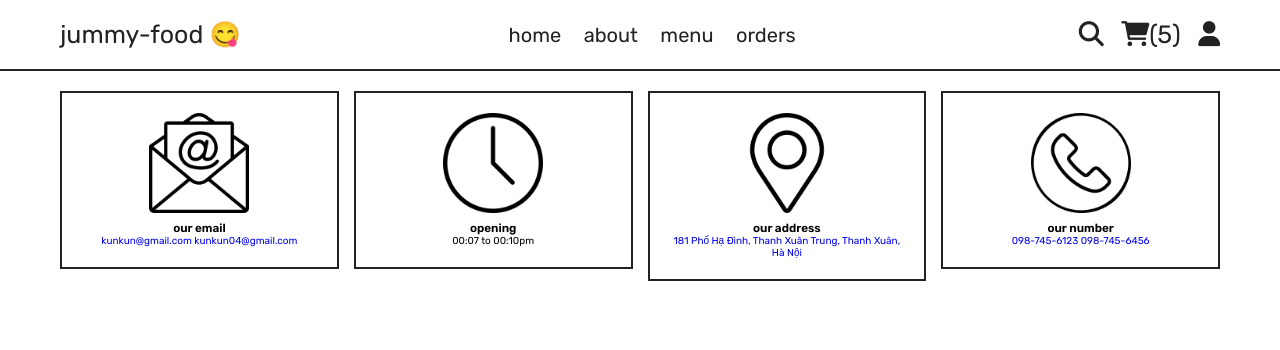
Repository: VuongLinhDinh/jummy_food
Page: home.html
An editor plug-in stored every save of this project. The page is shown before and after the next save, followed by the edit.
The browser window is 1280 px wide. The pictures show the whole page.
Some web libraries are served in a nearby version.

Above is the page before, as saved 2023-11-07 15:57:19.

### home.html
<!DOCTYPE html>
<html lang="en">
<head>
    <meta charset="UTF-8">
    <meta name="viewport" content="width=device-width, initial-scale=1.0">
    <title>Home</title>
    <!-- font awesome cdn link -->
    <link rel="stylesheet" href="https://cdnjs.cloudflare.com/ajax/libs/font-awesome/6.1.1/css/all.min.css">
    <!-- custom css -->
    <link rel="stylesheet" href="./css/style.css">
</head>
<body>
    <!-- header section starts  -->
    <header class="header">
        <section class="flex">
            <a href="home.html" class="logo">jummy-food 😋</a>
            <nav class="navbar">
                <a href="home.html">home</a>
                <a href="about.html">about</a>
                <a href="menu.html">menu</a>
                <a href="orders.html">orders</a>
            </nav>
            <div class="icons">
                <a href="search.html"><i class="fas fa-search"></i></a>
                <a href="cart.html"><i class="fas fa-shopping-cart"></i><span>(5)</span></a>
                <div id="user-btn" class="fas fa-user"></div>
                <div id="menu-btn" class="fas fa-bars"></div>
            </div>
            <div class="profile">
                <p class="name">Kun Aquero</p>
                <div class="flex">
                    <a href="profile.html" class="btn">profile</a>
                    <a href="#" class="delete-btn">logout</a>
                </div>
                <p class="account"><a href="login.html">login</a> or <a href="login.html">register</a></p>
            </div>
        </section>
    </header>
    <!-- header section end  -->
    <!-- footer section starts  -->
    <footer class="footer">
        <section class="grid">
            <div class="box">
                <img src="images/email-icon.png" alt="">
                <h3>our email</h3>
                <a href="mailto:kunkun@gmail.com">kunkun@gmail.com</a>
                <a href="mailto:kun04@gmail.com">kunkun04@gmail.com</a>
            </div>

            <div class="box">
                <img src="images/clock-icon.png" alt="">
                <h3>opening</h3>
                <p>00:07 to 00:10pm</p>
            </div>

            <div class="box">
                <img src="images/map-icon.png" alt="">
                <h3>our address</h3>
                <a href="#">181 Phố Hạ Đình, Thanh Xuân Trung, Thanh Xuân, Hà Nội</a>
            </div>

            <div class="box">
                <img src="images/phone-icon.png" alt="">
                <h3>our number</h3>
                <a href="tel:0987456123">098-745-6123</a>
                <a href="tel:0987456456">098-745-6456</a>
            </div>
        </section>
    </footer>
    <!-- footer section end  -->
    <!-- custom js file -->
    <script src="./js/script.js"></script>
</body>
</html>

### css/style.css
@import url('https://fonts.googleapis.com/css2?family=Nunito:wght@200;300;400;600;700&family=Rubik:wght@300;400;500;600&display=swap');
:root {
    --yellow: #fed330;
    --red: #e74c3c;
    --white: #fff;
    --black: #222;
    --light-color: #777;
    --border: .2rem solid var(--black);
}
*{
    font-family: 'Rubik', sans-serif;
    margin: 0; padding: 0;
    box-sizing: border-box;
    outline: none; border: none;
    text-decoration: none;
}
*::selection {
    background-color: var(--yellow);
    color: var(--white);
}
::-webkit-scrollbar {
    height: 0.5rem;
    width: 1rem;
}
::-webkit-scrollbar-track {
    background-color: transparent;
}
::-webkit-scrollbar-thumb {
    background-color: var(--yellow);
}
html {
    font-size:  62.5%;
    overflow-x: hidden;
    scroll-behavior: smooth;
    stop-opacity: 7rem;
}
section {
    margin: 0 auto;
    max-width: 1200px;
    padding: 2rem;
}
.btn, .delete-btn {
    margin-top: 1rem;
    display: inline-block;
    font-size: 2rem;
    padding: 1rem 3rem;
    opacity: .6;
    cursor: pointer;
}
.btn:hover, .delete-btn:hover {
    /* letter-spacing: .2rem; */
    transition:  .2s linear;
    opacity: 1;
}
.btn {
    background-color: var(--yellow);
    color: var(--black);
}
.delete-btn {
    background-color: var(--red);
    color: var(--white);
}
.header {
    position: sticky;
    top: 0; left: 0; right: 0;
    z-index: 1000;
    background-color: var(--white);
    border-bottom: var(--border);
}
.header .flex {
    display: flex;
    align-items: center;
    justify-content: space-between;
    position: relative;
}
.header .flex .logo {
    font-size: 2.5rem;
    color: var(--black);
}
.header .flex .navbar a {
    font-size: 2rem;
    color: var(--black);
    margin: 0 1rem;

}
.header .flex .navbar a:hover {
    color: var(--yellow);
    text-decoration: underline;
}
.header .flex .icons > * {
    margin-left: 1.5rem;
    font-size: 2.5rem;
    color: var(--black);
    cursor: pointer;
}
.header .flex .icons > *:hover {
    color: var(--yellow);
}
#menu-btn {
    display: none;
}
.header .flex .profile {
    background-color: var(--white);
    border: var(--border);
    padding: 1.5rem;
    text-align: center;
    position: absolute;
    top: 125%; right: 2rem;
    width: 30rem;
    display: none;
    animation: fadeIn .2s linear;
}
.header .flex .profile.active {
    display: block;
}
@keyframes fadeIn {
    0% {
        transform: translateY(1rem);
    }
}
.header .flex .profile .name {
    font-size: 2rem;
    color: var(--black);
    margin-bottom: 1rem;
}
.header .flex .profile .account {
    margin-top: 1rem;
    font-size: 2rem;
    color: var(--light-color);
}
.header .flex .profile .account a {
    color: var(--black);
}
.header .flex .profile .account a:hover {
    color: var(--yellow);
    text-decoration: underline;
}












































.footer .grid {
    display: grid;
    grid-template-columns: repeat(auto-fit, minmax(27rem, 1fr));
    gap: 1.5rem;
    align-items: flex-start;
}
.footer .grid .box {
    border: var(--border);
    padding: 2rem;
    text-align: center;
}
.footer .grid .box img {
    height: 10rem;
    width: 100%;
    object-fit: contain;
    margin-bottom: .5rem;
}

/* media query  */
@media (max-width: 991px) {
    html {
        font-size: 55%;
    }
}
@media (max-width: 768px) {
    #menu-btn {
        display: inline-block;
    }
    .header .flex .navbar {
        position: absolute;
        top: 99%; left: 0; right: 0;
        border-top: var(--border);
        border-bottom: var(--border);
        background-color: var(--white);
        transition:  .2s linear;
        clip-path: polygon(0 0, 100% 0, 100% 0, 0 0);
    }
    .header .flex .navbar a {
        display: block;
        margin: 2rem;
    }
    .header .flex .navbar.active {
        clip-path: polygon(0 0, 100% 0, 100% 100%, 0 100%);
    }
}
@media (max-width: 450px) {
    html {
        font-size: 50%;
    }
    .header .flex .logo {
        font-size: 2rem;

    }
}

### js/script.js
navbar = document.querySelector('.header .flex .navbar');
document.querySelector('#menu-btn').onclick = () => {
    navbar.classList.toggle('active');
    profile.classList.remove('active');
}
profile = document.querySelector('.header .flex .profile');
document.querySelector('#user-btn').onclick = () => {
    profile.classList.toggle('active');
    navbar.classList.remove('active');
}
window.onscroll = () => {
    navbar.classList.remove('active');
    profile.classList.remove('active');
}

After the next save:
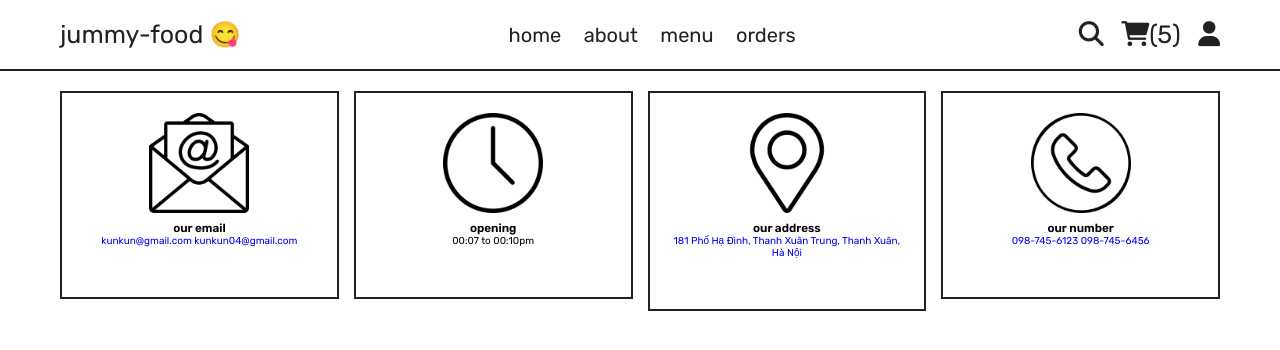
Saved 19 s later.
--- a/css/style.css
+++ b/css/style.css
@@ -188,6 +188,7 @@
 .footer .grid .box {
     border: var(--border);
     padding: 2rem;
+    padding-bottom: 5rem;
     text-align: center;
 }
 .footer .grid .box img {

After the save that followed:
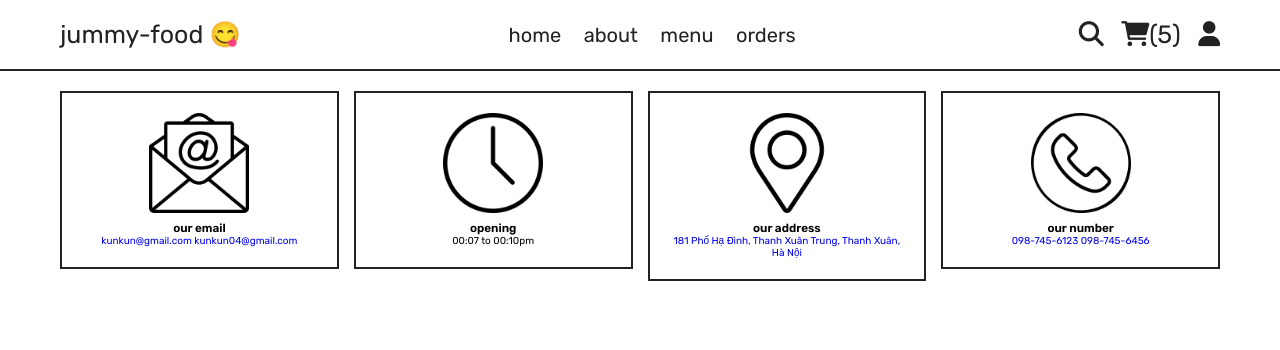
Saved 7 s later.
--- a/css/style.css
+++ b/css/style.css
@@ -188,7 +188,7 @@
 .footer .grid .box {
     border: var(--border);
     padding: 2rem;
-    padding-bottom: 5rem;
+    padding-bottom: 2rem;
     text-align: center;
 }
 .footer .grid .box img {
